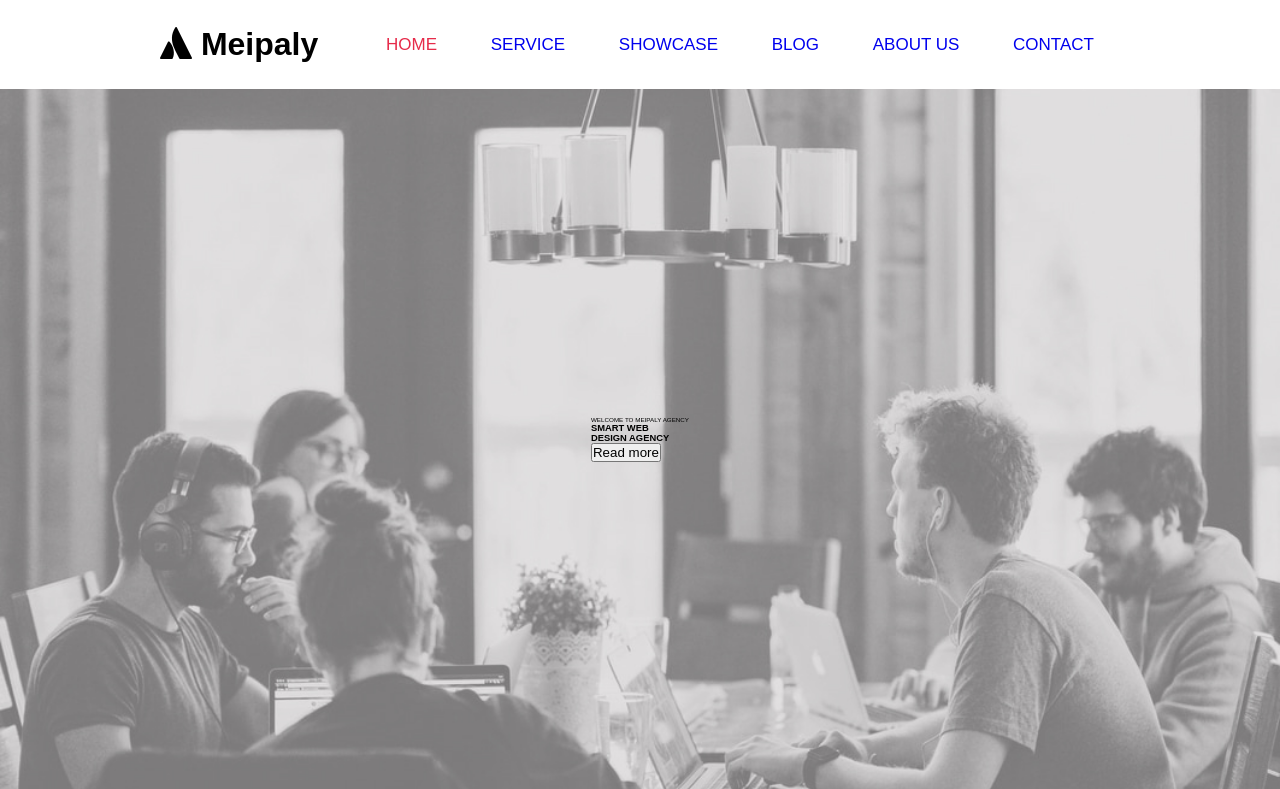
Repository: tudo1611/BC44_HTML5-CSS3_B6_MAIPALY_DO-TRUNG-TU
Page: index.html
The author's editor kept a copy of each file at every save. The page is drawn from the files as they stood at one save, then again after the next save.
The browser window is 1280 px wide. The pictures show the whole page.

Above is the page before, as saved 2023-01-15 14:52:42.

After the next save:
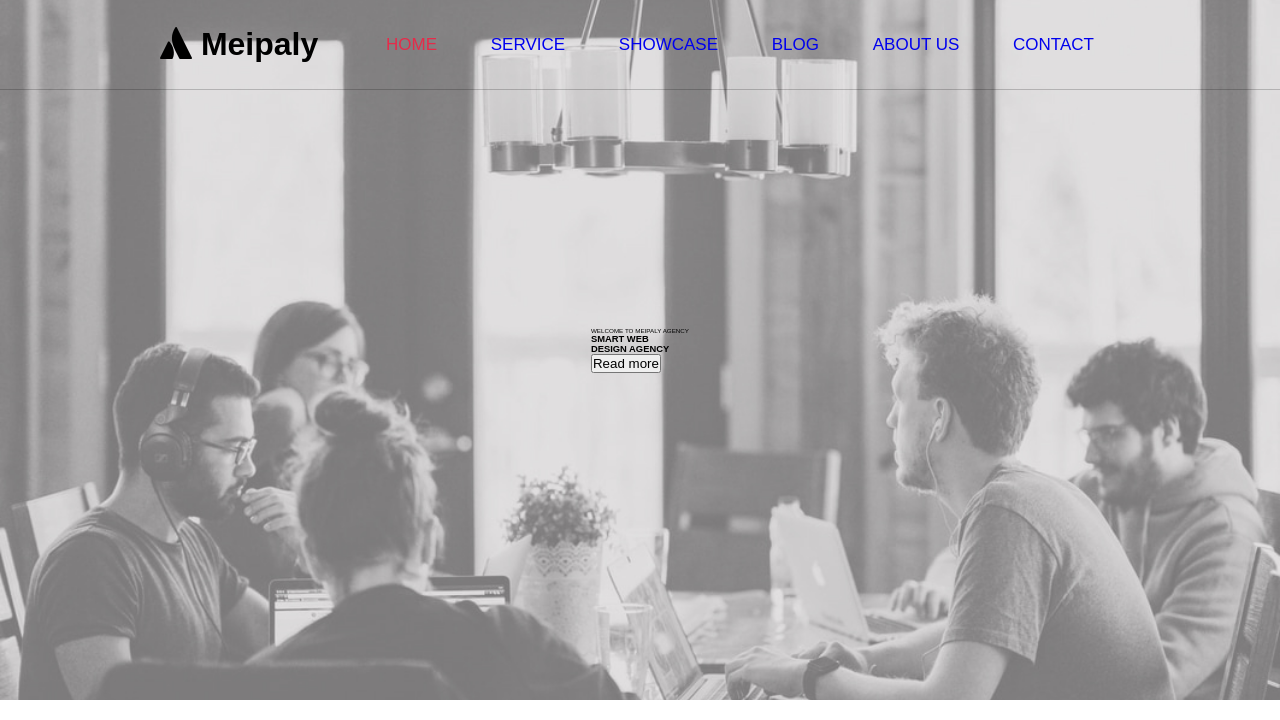
Saved 109 s later.
--- a/index.html
+++ b/index.html
@@ -12,7 +12,7 @@
     <link rel="stylesheet" href="./css/style.css" />
   </head>
   <body>
-    <head>
+    <header>
       <div class="header__content">
         <div class="header__logo">
           <i class="fab fa-atlassian"></i>
@@ -29,7 +29,7 @@
           </ul>
         </nav>
       </div>
-    </head>
+    </header>
     <section class="banner"></section>
     <section class="carousel">
       <div class="carosel__content">
